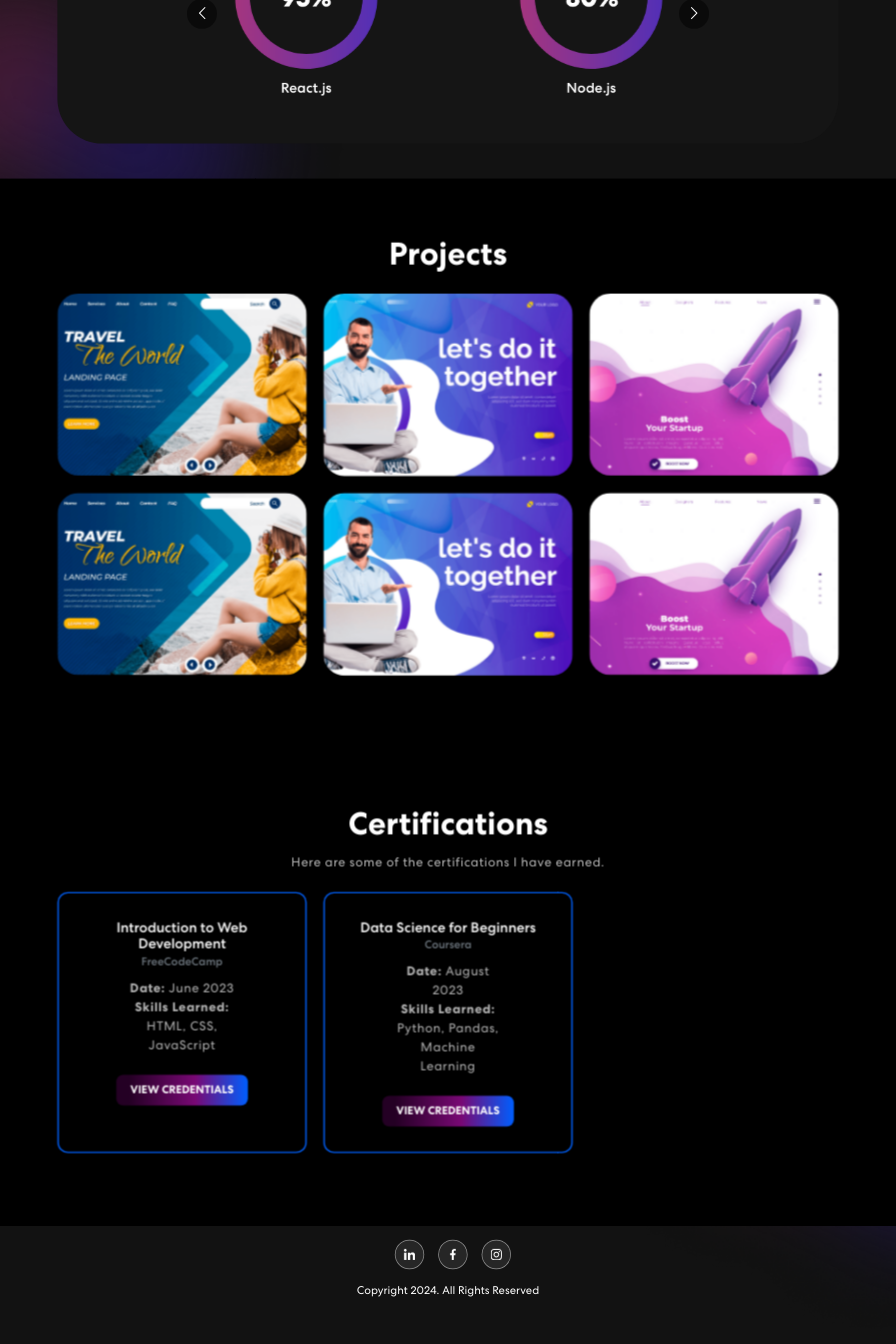
Repository: ChakerChourouk/personal-portfolio
Page: /
An editor plug-in stored every save of this project. The page is shown before and after the next save, followed by the edit.
The browser window is 1280 px wide. The pictures show the part of the page from y = 1123 to 3043 px (the page is 3043 px tall), at 70% of full size.
The project was rebuilt for these pictures with package versions that can differ from the ones it lists, and the page was loaded fresh each time.

Above is the page before, as saved 2024-09-19 21:43:57.

### src/App.js
import logo from './logo.svg';
import './App.css';
import 'bootstrap/dist/css/bootstrap.min.css';
import { NavBar } from "./components/NavBar";
import { Banner } from "./components/Banner";
import { Skills } from "./components/Skills";
import { Projects } from "./components/Projects";
import { Footer } from "./components/Footer";
import { Certifications } from "./components/Certifications";

function App() {
  return (
    <div className="App">
      <NavBar />
      <Banner />
      <Skills />
      <Projects />
      <Certifications/>
      <Footer />
    </div>
  );
}

export default App;

### src/App.css
/************ Custom Font ************/
@font-face {
	font-family: Centra;
	src: url('./assets/font/CentraNo2-Bold.ttf');
	font-weight: 700;
}
@font-face {
	font-family: Centra;
	src: url('./assets/font/CentraNo2-Medium.ttf');
	font-weight: 500;
}
@font-face {
	font-family: Centra;
	src: url('./assets/font/CentraNo2-Book.ttf');
	font-weight: 400;
}

/************ Default Css ************/
* {
  margin: 0;
  padding: 0;
  box-sizing: border-box;
}

html {
  scroll-behavior: smooth;
  scroll-padding-top: 75px;
}

body {
  font-weight: 400;
  overflow-x: hidden;
  position: relative;
  background-color: #121212 !important;
  color: #fff !important;
  font-family: 'Centra', sans-serif !important;
}

h1, h2, h3, h4, h5, h6 {
  margin: 0;
  padding: 0;
  line-height: normal;
}

p, a, li, button, ul {
  margin: 0;
  padding: 0;
  line-height: normal;
  text-decoration: none;
}

a:hover {
  text-decoration: none;
}

img {
  width: 100%;
  height: auto;
}

button {
  border: 0;
  background-color: transparent;
}

input:focus, textarea:focus, select:focus {
  outline: none;
}

@media (min-width:1700px) {
	main .container {
		max-width: 100%;
		padding: 0 150px;
	}
}

p.success {
	color: green;
}

p.danger {
	color: red;
}
/************ Navbar Css ************/
nav.navbar {
  padding: 18px 0;
  position: fixed;
  width: 100%;
  top: 0;
  z-index: 9999;
  transition:  0.32s ease-in-out;
}
nav.navbar.scrolled {
  padding: 0px 0;
  background-color: #121212;
}
nav.navbar a.navbar-brand {
    width: 9%;
}
nav.navbar .navbar-nav .nav-link.navbar-link {
  font-weight: 400;
  color: #fff !important;
  letter-spacing: 0.8px;
  padding: 0 25px;
  font-size: 18px;
  opacity: 0.75;
}
nav.navbar .navbar-nav a.nav-link.navbar-link:hover,
nav.navbar .navbar-nav a.nav-link.navbar-link.active {
    opacity: 1;
}
span.navbar-text {
    display: flex;
    align-items: center;
}
.social-icon {
    display: inline-block;
    margin-left: 14px;
}
.social-icon a {
    width: 42px;
    height: 42px;
    background: rgba(217, 217, 217, 0.1);
    display: inline-flex;
    border-radius: 50%;
    margin-right: 6px;
    align-items: center;
    justify-content: center;
    line-height: 1;
    border: 1px solid rgba(255, 255, 255, 0.5);
}
.social-icon a::before {
    content: "";
    width: 42px;
    height: 42px;
    position: absolute;
    background-color: #ffffff;
    border-radius: 50%;
    transform: scale(0);
	transition: 0.3s ease-in-out;
}
.social-icon a:hover::before {
    transform: scale(1);
}
.social-icon a img {
	width: 40%;
	z-index: 1;
	transition: 0.3s ease-in-out;
}
.social-icon a:hover img {
	filter: brightness(0) saturate(100%) invert(0%) sepia(7%) saturate(98%) hue-rotate(346deg) brightness(95%) contrast(86%);
}
.navbar-text button {
  font-weight: 700;
  color: #fff;
  border: 1px solid #fff;
  padding: 18px 34px;
  font-size: 18px;
  margin-left: 18px;
	position: relative;
	background-color: transparent;
	transition: 0.3s ease-in-out;
}
.navbar-text button span {
  z-index: 1;
}
.navbar-text button::before {
  content: "";
  width: 0%;
  height: 100%;
  position: absolute;
  background-color: #fff;
  left: 0;
  top: 0;
  z-index: -1;
  transition: 0.3s ease-in-out;
}
.navbar-text button:hover {
  color: #121212;
}
.navbar-text button:hover::before {
	content: "";
	width: 100%;
	height: 100%;
	position: absolute;
}
nav.navbar .navbar-toggler:active,
nav.navbar .navbar-toggler:focus {
	outline: none;
    box-shadow: none;
}
nav.navbar .navbar-toggler-icon {
  width: 24px;
  height: 17px;
  background-image: none;
  position: relative;
  border-bottom: 2px solid #fff;
  transition: all 300ms linear;
  top: -2px;
}
nav.navbar .navbar-toggler-icon:focus {
	border-bottom: 2px solid #fff;
}
nav.navbar .navbar-toggler-icon:after,
nav.navbar .navbar-toggler-icon:before {
	width: 24px;
	position: absolute;
	height: 2px;
	background-color: #fff;
	top: 0;
	left: 0;
	content: '';
	z-index: 2;
	transition: all 300ms linear;
}
nav.navbar .navbar-toggler-icon:after {
	top: 8px;
}
nav.navbar .navbar-toggler[aria-expanded="true"] .navbar-toggler-icon:after {
	transform: rotate(45deg);
	background-color: #fff;
	height: 2px;
}
nav.navbar .navbar-toggler[aria-expanded="true"] .navbar-toggler-icon:before {
	transform: translateY(8px) rotate(-45deg);
	background-color: #fff;
	height: 2px;
}
nav.navbar .navbar-toggler[aria-expanded="true"] .navbar-toggler-icon {
	border-color: transparent;
}

/************ Banner Css ************/
.banner {
  margin-top: 0;
  padding: 260px 0 100px 0;
  background-image: url('./assets/img/banner-bg.png');
  background-position: top center;
  background-size: cover;
  background-repeat: no-repeat;
}
.banner .tagline {
  font-weight: 700;
  letter-spacing: 0.8px;
  padding: 8px 10px;
  background: linear-gradient(90.21deg, rgba(170, 54, 124, 0.5) -5.91%, rgba(74, 47, 189, 0.5) 111.58%);
  border: 1px solid rgba(255, 255, 255, 0.5);
  font-size: 20px;
  margin-bottom: 16px;
  display: inline-block;
}
.banner h1 {
  font-size: 65px;
  font-weight: 700;
  letter-spacing: 0.8px;
  line-height: 1;
  margin-bottom: 20px;
  display: block;
}
.banner p {
  color: #B8B8B8;
  font-size: 18px;
  letter-spacing: 0.8px;
  line-height: 1.5em;
  width: 96%;
}
.banner button {
  color: #fff;
  font-weight: 700;
  font-size: 20px;
  margin-top: 60px;
  letter-spacing: 0.8px;
  display: flex;
  align-items: center;
}
.banner button svg {
  font-size: 25px;
  margin-left: 10px;
  transition: 0.3s ease-in-out;
  line-height: 1;
}
.banner button:hover svg {
  margin-left: 25px;
}
.banner img {
  animation: updown 3s linear infinite;
}
@keyframes updown {
    0% {
        transform: translateY(-20px);
    }
    50% {
        transform: translateY(20px);
    }
    100% {
        transform: translateY(-20px);
    }
}
.txt-rotate > .wrap {
  border-right: 0.08em solid #666;
}

/************ Skills Css ************/
.skill {
  padding: 0 0 50px 0;
  position: relative;
}
.skill-bx {
  background: #151515;
  border-radius: 64px;
  text-align: center;
  padding: 60px 50px;
  margin-top: -60px;
}
.skill h2 {
	font-size: 45px;
	font-weight: 700;
}
.skill p {
    color: #B8B8B8;
    font-size: 18px;
    letter-spacing: 0.8px;
    line-height: 1.5em;
    margin: 14px 0 75px 0;
}
.skill-slider {
  width: 80%;
  margin: 0 auto;
  position: relative;
}
.skill-slider .item img {
  width: 50%;
  margin: 0 auto 15px auto;
}
.background-image-left {
  top: 28%;
  position: absolute;
  bottom: 0;
  width: 40%;
  z-index: -4;
}

/************ Projects Css ************/
.project {
  padding: 80px 0;
  position: relative;
  background-color: black;
}
.project h2 {
	font-size: 45px;
	font-weight: 700;
  text-align: center;
}
.project p {
  color: #B8B8B8;
  font-size: 18px;
  letter-spacing: 0.8px;
  line-height: 1.5em;
  margin: 14px auto 30px auto;
  text-align: center;
  width: 56%;
}
.project .nav.nav-pills {
  width: 72%;
  margin: 0 auto;
  border-radius: 50px;
  background-color: rgb(255 255 255 / 10%);
  overflow: hidden;
}
.project .nav.nav-pills .nav-item {
  width: 33.33333%;
}
.project .nav.nav-pills .nav-link {
  background-color: transparent;
  border-radius: 0;
  padding: 17px 0;
  color: #fff;
  width: 100%;
  font-size: 17px;
  letter-spacing: 0.8px;
  font-weight: 500;
  position: relative;
  transition: 0.3s ease-in-out;
  text-align: center;
  z-index: 0;
}
.project .nav.nav-pills .nav-link::before {
    content: "";
    position: absolute;
    width: 0;
    height: 100%;
    background: linear-gradient(90.21deg, #AA367C -5.91%, #4A2FBD 111.58%);
    top: 0;
    left: 0;
    z-index: -1;
    transition: 0.3s ease-in-out;
}
.project .nav.nav-pills .nav-link.active::before {
    width: 100% !important;
}
.project .nav.nav-pills .nav-link.active {
    border: 1px solid rgba(255, 255, 255, 1);
}
.nav-link#projects-tabs-tab-first {
  border: 1px solid rgba(255, 255, 255, 0.5);
  border-radius: 55px 0px 0px 55px;
}
.nav-link#projects-tabs-tab-second {
  border-top: 1px solid rgba(255, 255, 255, 0.5);
  border-bottom: 1px solid rgba(255, 255, 255, 0.5);
}
.nav-link#projects-tabs-tab-third {
  border: 1px solid rgba(255, 255, 255, 0.5);
  border-radius: 0 55px 55px 0;
}
.proj-imgbx {
  position: relative;
  border-radius: 30px;
  overflow: hidden;
  margin-bottom: 24px;
}
.proj-imgbx::before {
  content: "";
  background: linear-gradient(90.21deg, #AA367C -5.91%, #4A2FBD 111.58%);
  opacity: 0.85;
  position: absolute;
  width: 100%;
  height: 0;
  transition: 0.4s ease-in-out;
}
.proj-imgbx:hover::before {
  height: 100%;
}
.proj-txtx {
  position: absolute;
  text-align: center;
  top: 65%;
  left: 50%;
  transform: translate(-50%, -50%);
  transition: 0.5s ease-in-out;
  opacity: 0;
  width: 100%;
}
.proj-imgbx:hover .proj-txtx {
  top: 50%;
  opacity: 1;
}
.proj-txtx h4 {
  font-size: 30px;
  font-weight: 700;
  letter-spacing: 0.8px;
  line-height: 1.1em;
}
.proj-txtx span {
  font-style: italic;
  font-weight: 400;
  font-size: 15px;
  letter-spacing: 0.8px;
}
.background-image-right {
  top: 20%;
  position: absolute;
  bottom: 0;
  width: 35%;
  right: 0;
  z-index: -4;
}

/************ Projects Css ************/
.contact {
  background: linear-gradient(90.21deg, #AA367C -5.91%, #4A2FBD 111.58%);
  padding: 60px 0 200px 0;
}
.contact img {
  width: 92%;
}
.contact h2 {
	font-size: 45px;
	font-weight: 700;
  margin-bottom: 30px;
}
.contact form input, .contact form textarea {
  width: 100%;
  background: rgba(255, 255, 255, 0.1);
  border: 1px solid rgba(255, 255, 255, 0.5);
  border-radius: 20px;
  color: #fff;
  margin: 0 0 8px 0;
  padding: 18px 26px;
  font-weight: 500;
  font-size: 18px;
  letter-spacing: 0.8px;
  transition: 0.3s ease-in-out;
}
.contact form input:focus, .contact form textarea:focus {
  background: rgba(255, 255, 255, 1);
  color: #121212;
}
.contact form input::placeholder, .contact form textarea::placeholder {
  font-size: 16px;
  font-weight: 400;
  color: #fff;
}
.contact form input:focus::placeholder, .contact form textarea:focus::placeholder {
  color: #121212;
  opacity: 0.8;
}
.contact form button {
  font-weight: 700;
  color: #000;
  background-color: #fff;
  padding: 14px 48px;
  font-size: 18px;
  margin-top: 25px;
  border-radius: 0;
  position: relative;
  transition: 0.3s ease-in-out;
}
.contact form button span {
  z-index: 1;
  position: relative;
}
.contact form button:hover {
  color: #fff;
}
.contact form button::before {
  content: "";
  background: #121212;
  width: 0;
  height: 100%;
  position: absolute;
  top: 0;
  left: 0;
  z-index: 0;
  transition: 0.3s ease-in-out;
}
.contact form button:hover::before {
  width: 100%;
}

/************ Footer Css ************/

.footer {
  padding: 20px 0;
}

.social-icon a {
  margin: 0 10px;
}

/* Add margin to create space between icons and the text */
.text-center p {
  margin-top: 20px; /* Adjust the value for more or less space */
}


.welcome {
    font-weight: 400;
    color: #fff !important;
    letter-spacing: 0.8px;
    padding: 0 25px;
    font-size: 18px;
    opacity: 0.75;
}

.card {
  text-align: center;
  padding: 20px;
}

### src/components/NavBar.js
import { useState, useEffect } from "react";
import { Navbar, Nav, Container } from "react-bootstrap";
import {
  BrowserRouter as Router
} from "react-router-dom";

export const NavBar = () => {

  const [activeLink, setActiveLink] = useState('home');
  const [scrolled, setScrolled] = useState(false);

  useEffect(() => {
    const onScroll = () => {
      if (window.scrollY > 50) {
        setScrolled(true);
      } else {
        setScrolled(false);
      }
    }

    window.addEventListener("scroll", onScroll);

    return () => window.removeEventListener("scroll", onScroll);
  }, [])

  const onUpdateActiveLink = (value) => {
    setActiveLink(value);
  }

  return (
    <Router>
      <Navbar expand="md" className={scrolled ? "scrolled" : ""}>
        <Container>
         {/* <Navbar.Brand href="/">
            <img src={logo} alt="Logo" />
          </Navbar.Brand>*/}
          <span className="welcome">Welcome to my Portfolio<span role="img" aria-label="waving hand"> 👋</span> </span>
          <Navbar.Toggle aria-controls="basic-navbar-nav">
            <span className="navbar-toggler-icon"></span>
          </Navbar.Toggle>
          <Navbar.Collapse id="basic-navbar-nav">
            <Nav className="ms-auto">
              <Nav.Link href="#home" className={activeLink === 'home' ? 'active navbar-link' : 'navbar-link'} onClick={() => onUpdateActiveLink('home')}>Home</Nav.Link>
              <Nav.Link href="#skills" className={activeLink === 'skills' ? 'active navbar-link' : 'navbar-link'} onClick={() => onUpdateActiveLink('skills')}>Skills</Nav.Link>
              <Nav.Link href="#projects" className={activeLink === 'projects' ? 'active navbar-link' : 'navbar-link'} onClick={() => onUpdateActiveLink('projects')}>Projects</Nav.Link>
              <Nav.Link href="#contacts" className={activeLink === 'certification' ? 'active navbar-link' : 'navbar-link'} onClick={() => onUpdateActiveLink('certification')}>Certifications</Nav.Link>
              <Nav.Link href="#contacts" className={activeLink === 'contacts' ? 'active navbar-link' : 'navbar-link'} onClick={() => onUpdateActiveLink('projects')}>Contacts</Nav.Link>
            </Nav>
            {/*<span className="navbar-text">
              <div className="social-icon">
                <a href="#"><img src={navIcon1} alt="" /></a>
                <a href="#"><img src={navIcon2} alt="" /></a>
                <a href="#"><img src={navIcon3} alt="" /></a>
              </div>
            </span>*/}
          </Navbar.Collapse>
        </Container>
      </Navbar>
    </Router>
  )
}

### src/components/Projects.js
import { Container, Row, Col, Tab, Nav } from "react-bootstrap";
import { ProjectCard } from "./ProjectCard";
import projImg1 from "../assets/img/project-img1.png";
import projImg2 from "../assets/img/project-img2.png";
import projImg3 from "../assets/img/project-img3.png";
import colorSharp2 from "../assets/img/color-sharp2.png";
import 'animate.css';
import TrackVisibility from 'react-on-screen';

export const Projects = () => {

  const projects = [
    {
      title: "Business Startup",
      description: "Design & Development",
      imgUrl: projImg1,
    },
    {
      title: "Business Startup",
      description: "Design & Development",
      imgUrl: projImg2,
    },
    {
      title: "Business Startup",
      description: "Design & Development",
      imgUrl: projImg3,
    },
    {
      title: "Business Startup",
      description: "Design & Development",
      imgUrl: projImg1,
    },
    {
      title: "Business Startup",
      description: "Design & Development",
      imgUrl: projImg2,
    },
    {
      title: "Business Startup",
      description: "Design & Development",
      imgUrl: projImg3,
    },
  ];

  return (
    <section className="project" id="projects">
      <Container>
        <Row>
          <Col size={12}>
            <TrackVisibility>
              {({ isVisible }) =>
              <div className={isVisible ? "animate__animated animate__fadeIn": ""}>
                <h2>Projects</h2>
                <p>  </p>
                <Tab.Container id="projects-tabs" defaultActiveKey="first">
                  <Tab.Content id="slideInUp" className={isVisible ? "animate__animated animate__slideInUp" : ""}>
                    <Tab.Pane eventKey="first">
                      <Row>
                        {
                          projects.map((project, index) => {
                            return (
                              <ProjectCard
                                key={index}
                                {...project}
                                />
                            )
                          })
                        }
                      </Row>
                    </Tab.Pane>
                  </Tab.Content>
                </Tab.Container>
              </div>}
            </TrackVisibility>
          </Col>
        </Row>
      </Container>
      <img className="background-image-right" src={colorSharp2}></img>
    </section>
  )
}

### src/components/Footer.js
import { Container, Row, Col } from "react-bootstrap";
import logo from "../assets/img/logo.svg";
import navIcon1 from "../assets/img/nav-icon1.svg";
import navIcon2 from "../assets/img/nav-icon2.svg";
import navIcon3 from "../assets/img/nav-icon3.svg";

export const Footer = () => {
  return (
    <footer className="footer" id="contacts" >
      <Container>
        <Row className="align-items-center justify-content-center">
          <Col size={12} sm={6} className="text-center">
            <div className="social-icon">
              <a href="https://www.linkedin.com/in/chaker-chourouk-a32841257/"><img src={navIcon1} alt="Icon" /></a>
              <a href="#"><img src={navIcon2} alt="Icon" /></a>
              <a href="#"><img src={navIcon3} alt="Icon" /></a>
            </div>
            <p>Copyright 2024. All Rights Reserved</p>
          </Col>
        </Row>
      </Container>
    </footer>
  );
};

### src/components/Certifications.js
import { Container, Row, Col, Tab } from "react-bootstrap";
import { ProjectCard } from "./ProjectCard2";
import colorSharp2 from "../assets/img/color-sharp2.png";
import 'animate.css';
import TrackVisibility from 'react-on-screen';

export const Certifications = () => {

  const projects = [
    {
      title: "Introduction to Web Development",
      organization: "FreeCodeCamp",
      date: "June 2023",
      skills: ["HTML", "CSS", "JavaScript"],
      certificateUrl: "https://www.example.com/certificate1",
    },
    {
      title: "Data Science for Beginners",
      organization: "Coursera",
      date: "August 2023",
      skills: ["Python", "Pandas", "Machine Learning"],
      certificateUrl: "https://www.example.com/certificate2",
    },
  ];

  return (
    <section className="project" id="certification">
      <Container>
        <Row>
          <Col size={12}>
            <TrackVisibility>
              {({ isVisible }) =>
              <div className={isVisible ? "animate__animated animate__fadeIn": ""}>
                <h2>Certifications</h2>
                <p>Here are some of the certifications I have earned.</p>
                <Tab.Container id="projects-tabs" defaultActiveKey="first">
                  <Tab.Content id="slideInUp" className={isVisible ? "animate__animated animate__slideInUp" : ""}>
                    <Tab.Pane eventKey="first">
                      <Row>
                        {
                          projects.map((project, index) => {
                            return (
                              <Col key={index} sm={12} md={4} className="mb-4">
                                <ProjectCard
                                  title={project.title}
                                  organization={project.organization}
                                  date={project.date}
                                  skills={project.skills}
                                  certificateUrl={project.certificateUrl}
                                />
                              </Col>
                            );
                          })
                        }
                      </Row>
                    </Tab.Pane>
                  </Tab.Content>
                </Tab.Container>
              </div>}
            </TrackVisibility>
          </Col>
        </Row>
      </Container>
      <img className="background-image-right" src={colorSharp2} alt="Background" />
    </section>
  );
};

### src/components/ProjectCard2.js
import { Card, Button } from "react-bootstrap";
import './ProjectCard2.css'; // Import the CSS file

export const ProjectCard = ({ title, organization, date, skills, certificateUrl }) => {
  return (
    <Card className="custom-card h-100">
      <Card.Body>
        <Card.Title>{title}</Card.Title>
        <Card.Subtitle className="mb-2 text-muted">{organization}</Card.Subtitle>
        <Card.Text>
          <strong>Date:</strong> {date}<br />
          <strong>Skills Learned:</strong> {skills.join(", ")}
        </Card.Text>
        <Button variant="primary" href={certificateUrl} target="_blank" className="rainbow-button">
          View Credentials
        </Button>
      </Card.Body>
    </Card>
  );
};

### src/components/ProjectCard2.css

.custom-card {
    background-color: black;
    border: 2px solid;
    border-color:  rgba(0,99,255,1);
    border-radius: 15px; /* Rounded corners */
    padding: 20px;
    transition: transform 0.2s;
  }

  .custom-card:hover {
    transform: scale(1.05); /* Slight zoom on hover */
  }

  /* Rainbow button */
  .rainbow-button {
    background: rgb(36,0,36);
    background: linear-gradient(90deg, rgba(36,0,36,1) 9%, rgba(121,9,117,1) 60%, rgba(0,95,255,1) 100%);
    border: none;
    border-radius: 10px;
    padding: 10px 20px;
    text-transform: uppercase;
    font-weight: bold;
  }

  .rainbow-button:hover {
    background: linear-gradient(90deg, rgba(2,0,36,1) 0%, rgba(76,9,121,1) 35%, rgba(0,212,255,1) 100%);
  }

Loaded but not shown: public/index.html (common file); src/index.js (common file); src/index.css (common file); src/reportWebVitals.js (common file); src/components/ProjectCard.js (common file); src/components/Skills.js (72 lines, source omitted); src/components/Banner.js (75 lines, source omitted)

After the next save:
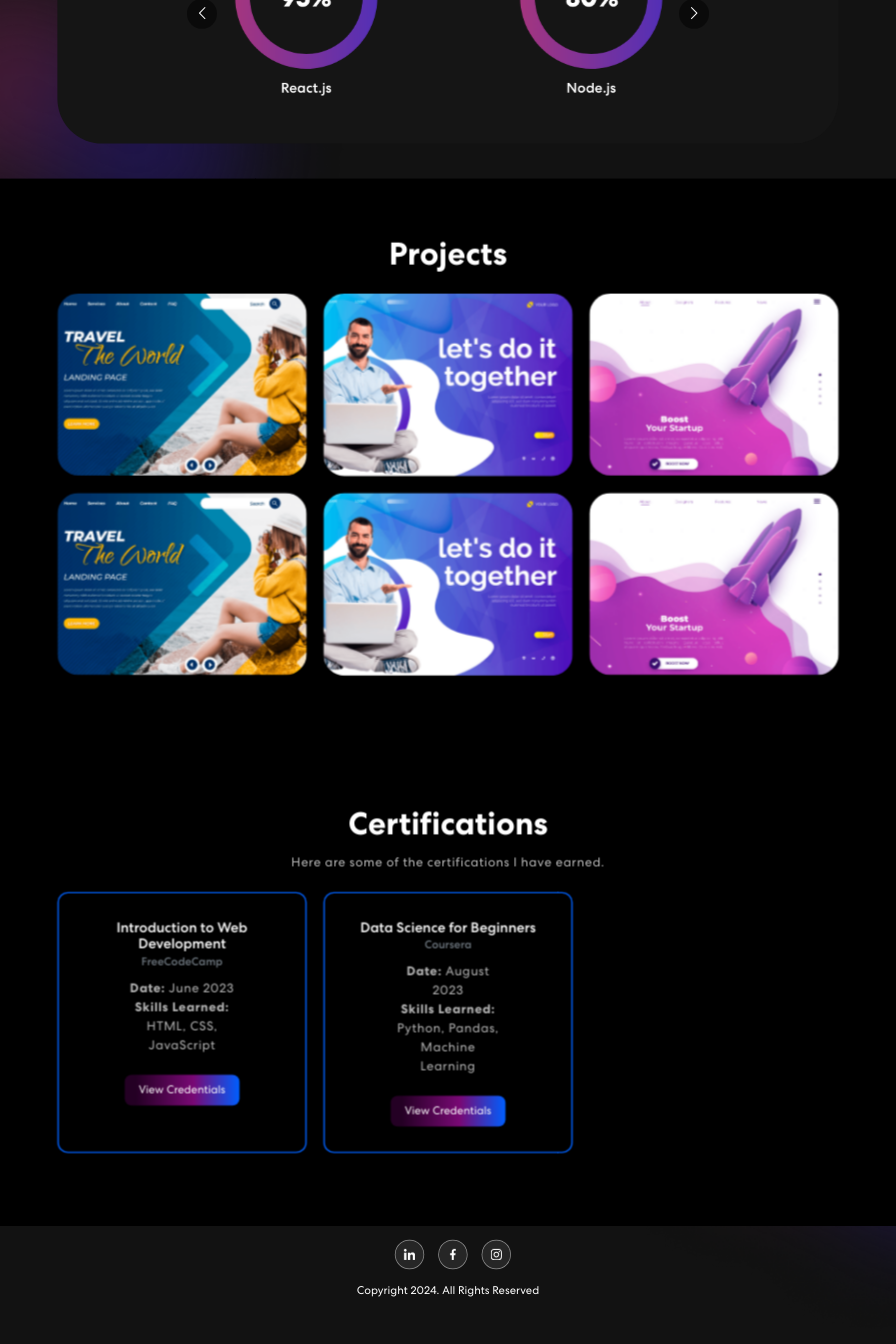
Saved 3 min 0 s later.
--- a/src/components/ProjectCard2.css
+++ b/src/components/ProjectCard2.css
@@ -19,8 +19,7 @@
     border: none;
     border-radius: 10px;
     padding: 10px 20px;
-    text-transform: uppercase;
-    font-weight: bold;
+
   }
 
   .rainbow-button:hover {
